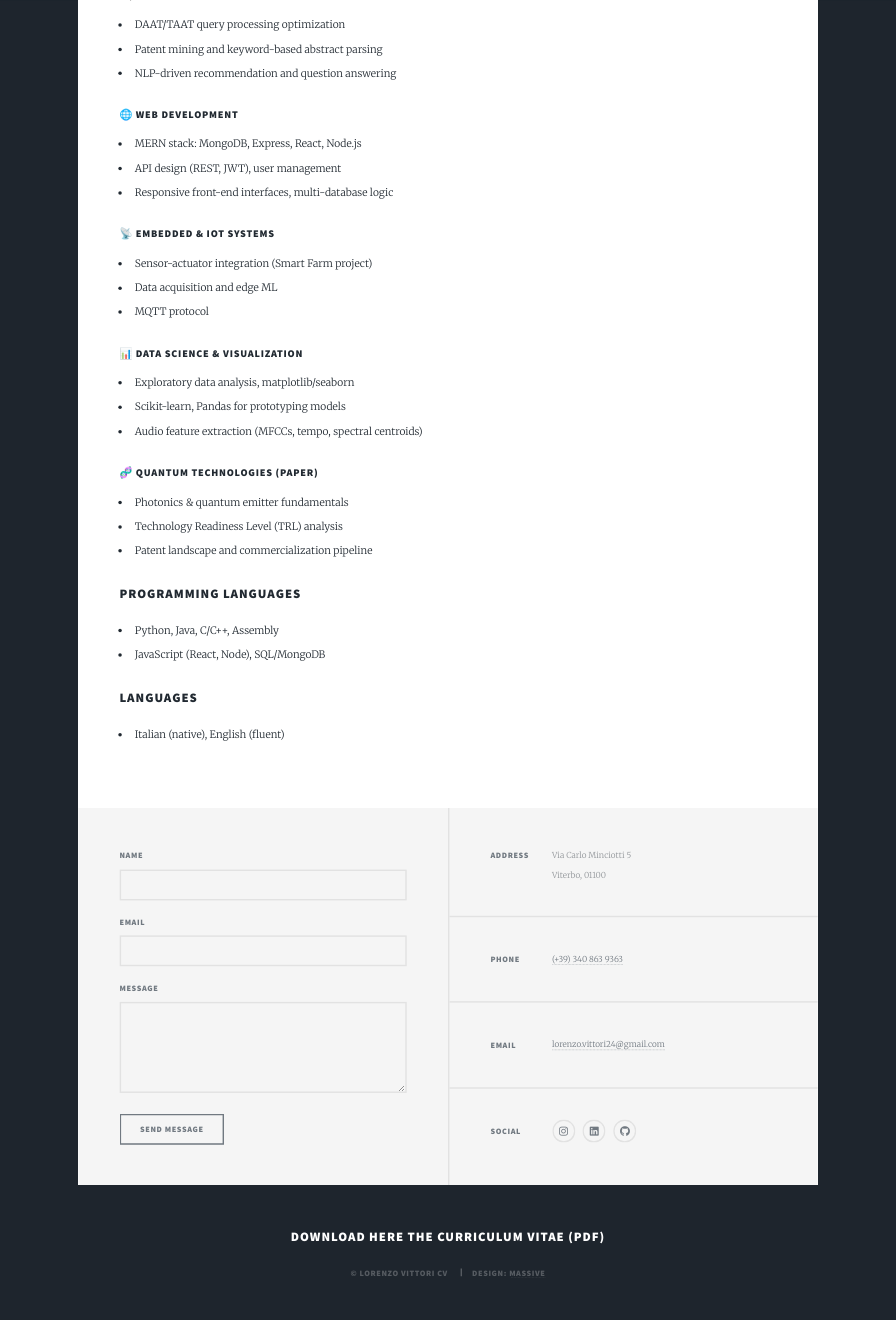
Repository: Vittori00/vittori00.github.io
Page: generic.html
These files come from the project's save history. The page is drawn as it stood at one moment and after a run of saves; the edit follows.
The browser window is 1280 px wide. The pictures show the part of the page from y = 1346 to 3266 px (the page is 3231 px tall before and 3266 px after), at 70% of full size.

Above is the page before, as saved 2025-07-08 10:11:42.

After the next 5 saves:
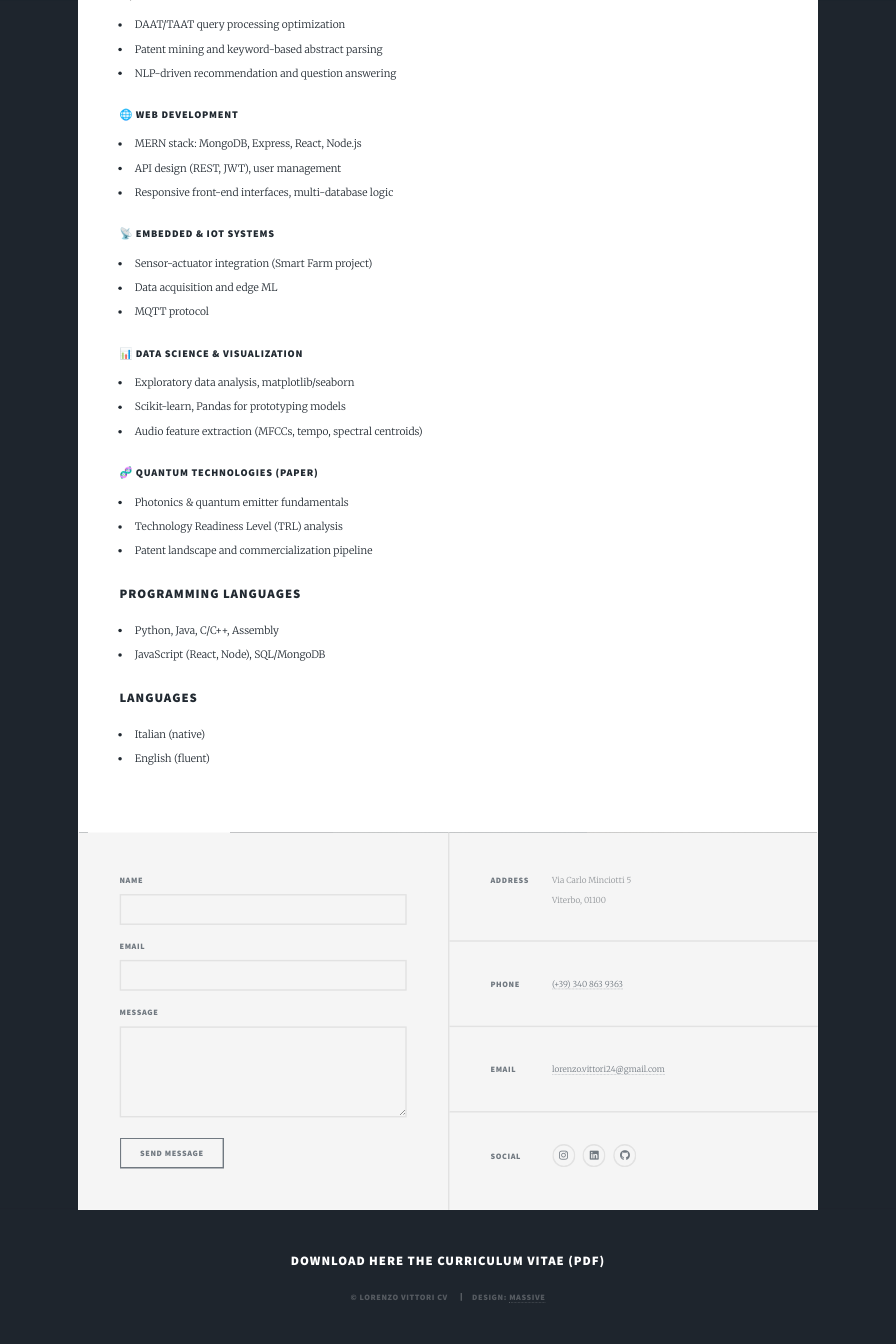
The 5 saves are shown as one change because they came seconds apart.
The last was saved 25 min 55 s later.
--- a/generic.html
+++ b/generic.html
@@ -132,7 +132,8 @@
 
 				<h3>Languages</h3>
 				<ul>
-					<li>Italian (native), English (fluent)</li>
+					<li>Italian (native)</li>
+					<li>English (fluent)</li>
 				</ul>
 			</section>
 
